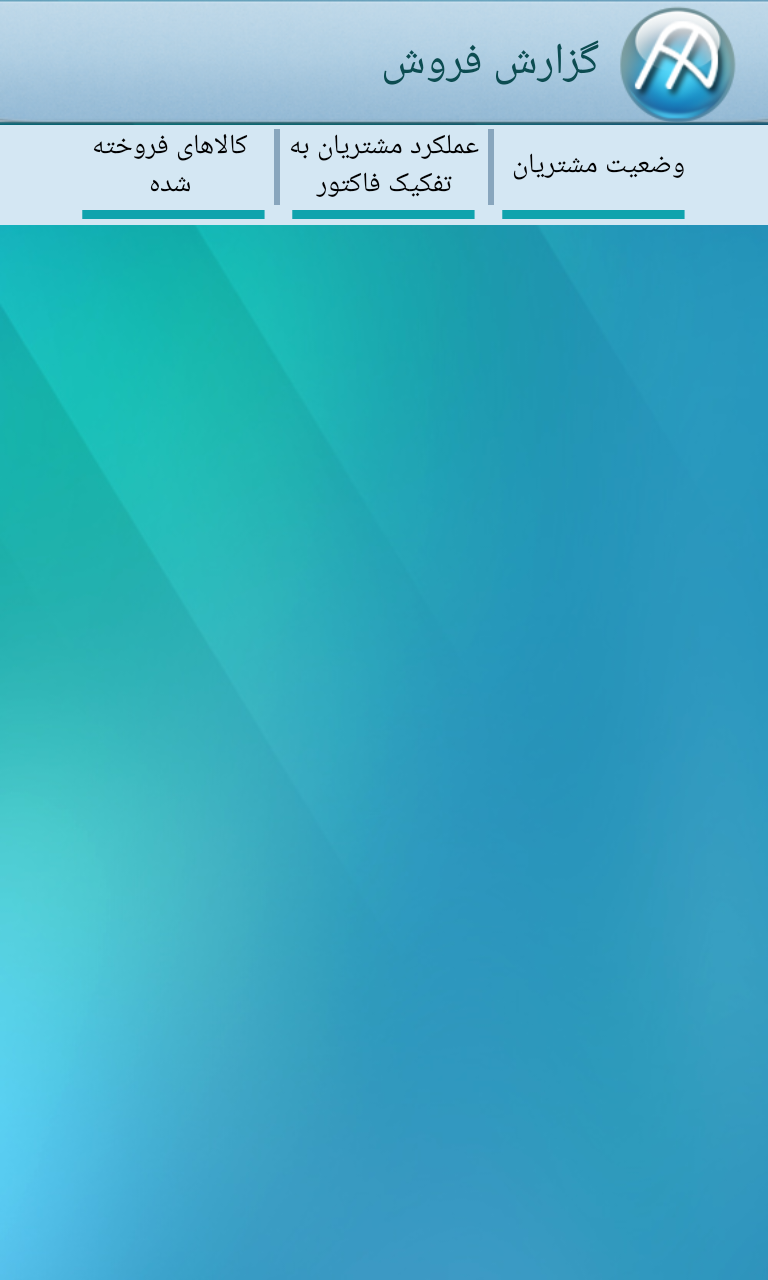
Repository: AtiehPardaz/Reports-Mobile
Layout: Reportsmobile/res/layout/activity_forosh.xml
These files come from the project's save history. The layout is drawn as it stood at one moment and after the next save; the edit follows.
It is drawn on a 768 x 1280 px phone screen (xhdpi) without system bars, with theme Theme.behzad; the app's code is not run. Lists and similar views that code fills are empty.

Above is the layout before, as saved 2015-03-14 12:42:21.

### Reportsmobile/res/layout/activity_forosh.xml
<RelativeLayout xmlns:android="http://schemas.android.com/apk/res/android"
    android:layout_width="fill_parent"
    android:layout_height="fill_parent"
    android:background="@drawable/backgroundsade" >

    <LinearLayout
        android:layout_width="match_parent"
        android:layout_height="match_parent"
        android:orientation="vertical" >

        <LinearLayout
            android:layout_width="match_parent"
            android:layout_height="wrap_content"
            android:background="@drawable/actionbar"
            android:gravity="right" >

            <TextView
                android:id="@+id/textView1"
                android:layout_width="wrap_content"
                android:layout_height="wrap_content"
                android:layout_gravity="center"
                android:layout_marginRight="10dp"
                android:text="گزارش فروش"
                android:textAppearance="?android:attr/textAppearanceLarge"
                android:textColor="@color/blue_titleactionbar" />

            <ImageButton
                android:id="@+id/imgbtn_menu_forosh"
                android:layout_width="wrap_content"
                android:layout_height="wrap_content"
                android:layout_gravity="center"
                android:layout_marginRight="15dp"
                android:background="@drawable/homebutton"
                android:onClick="btnmenu"
                android:src="@drawable/btn_clickmenu" />
        </LinearLayout>

        <LinearLayout
            android:layout_width="match_parent"
            android:layout_height="40dp"
            android:background="@color/blue_actionbar2color"
            android:gravity="center"
            android:orientation="horizontal" >

            <Button
                android:id="@+id/tabbtn_kala_forosh"
                android:layout_width="100dp"
                android:layout_height="wrap_content"
                android:background="@color/blue_actionbar2color"
                android:text="کالاهای فروخته شده"
                android:textSize="14sp" />

            <View
                android:id="@+id/View02"
                android:layout_width="3dp"
                android:layout_height="50dp"
                android:layout_gravity="top"
                android:layout_margin="2dp"
                android:background="#88a6bd" />

            <Button
                android:id="@+id/tabbtn_faktor_forosh"
                android:layout_width="100dp"
                android:layout_height="wrap_content"
                android:background="@color/blue_actionbar2color"
                android:text="عملکرد مشتریان به تفکیک فاکتور"
                android:textSize="14sp" />

            <View
                android:id="@+id/View03"
                android:layout_width="3dp"
                android:layout_height="50dp"
                android:layout_gravity="top"
                android:layout_margin="2dp"
                android:background="#88a6bd" />

            <Button
                android:id="@+id/tabbtn_customer_forosh"
                android:layout_width="100dp"
                android:layout_height="wrap_content"
                android:background="@color/blue_actionbar2color"
                android:text="وضعیت مشتریان"
                android:textSize="14sp" />
        </LinearLayout>

        <LinearLayout
            android:layout_width="match_parent"
            android:layout_height="10dp"
            android:layout_gravity="center"
            android:background="@color/blue_actionbar2color"
            android:gravity="center" >

            <ImageButton
                android:id="@+id/imgbtn_underline_forokhte_forosh"
                android:layout_width="100dp"
                android:layout_height="wrap_content"
                android:layout_marginRight="5dp"
                android:background="@drawable/underline" />

            <ImageButton
                android:id="@+id/imgbtn_underline_faktor_forosh"
                android:layout_width="100dp"
                android:layout_height="wrap_content"
                android:layout_marginRight="5dp"
                android:background="@drawable/underline" />

            <ImageButton
                android:id="@+id/imgbtn_underline_customer_forosh"
                android:layout_width="100dp"
                android:layout_height="wrap_content"
                android:background="@drawable/underline" />
        </LinearLayout>

        <LinearLayout
            android:layout_width="match_parent"
            android:layout_height="match_parent"
            android:orientation="vertical" >

            <android.support.v4.view.ViewPager
                android:id="@+id/pagerforosh"
                android:layout_width="match_parent"
                android:layout_height="match_parent" >
            </android.support.v4.view.ViewPager>
        </LinearLayout>
    </LinearLayout>

    <LinearLayout
        android:id="@+id/linearmenu_forosh"
        android:layout_width="match_parent"
        android:layout_height="match_parent"
        android:background="@drawable/backmenutransparent"
        android:gravity="right"
        android:visibility="gone" >

        <LinearLayout
            android:layout_width="wrap_content"
            android:layout_height="wrap_content"
            android:layout_gravity="center|top"
            android:layout_marginRight="2dp"
            android:layout_marginTop="55dp"
            android:background="@drawable/menubackground"
            android:gravity="right|center"
            android:orientation="vertical" >

            <ImageButton
                android:id="@+id/imgbtn_forosh_forosh"
                android:layout_width="wrap_content"
                android:layout_height="wrap_content"
                android:layout_marginTop="5dp"
                android:background="@drawable/btnforosh"
                android:src="@drawable/btn_click" />

            <ImageButton
                android:id="@+id/imgbtn_khazane_forosh"
                android:layout_width="wrap_content"
                android:layout_height="wrap_content"
                android:background="@drawable/btnkhazane"
                android:src="@drawable/btn_click" />

            <ImageButton
                android:id="@+id/imgbtn_hesabdari_forosh"
                android:layout_width="wrap_content"
                android:layout_height="wrap_content"
                android:background="@drawable/btnhesabdari"
                android:src="@drawable/btn_click" />

            <ImageButton
                android:id="@+id/imgbtn_kala_forosh"
                android:layout_width="wrap_content"
                android:layout_height="wrap_content"
                android:background="@drawable/btnkala"
                android:src="@drawable/btn_click" />

            <ImageButton
                android:id="@+id/imgbtn_domain_forosh"
                android:layout_width="wrap_content"
                android:layout_height="wrap_content"
                android:layout_marginBottom="5dp"
                android:background="@drawable/btndomain"
                android:src="@drawable/btn_click" />
        </LinearLayout>
    </LinearLayout>

</RelativeLayout>

### Reportsmobile/res/values/colors.xml
<?xml version="1.0" encoding="utf-8"?>
<resources>

    <color name="first_row_text_color">#000000</color>
    <color name="holidays_text_color">#FF0000</color>
    <color name="first_row_background_color">#DDDDDD</color>

    <!-- solely used on QiblaCompassView -->
    <color name="background_color">#6E97B9</color>
    <color name="marker_color">#FFFFFF</color>
    <color name="text_color">#000000</color>
    <color name="bg_action_green">#3BB18E</color>
    <color name="bg_action_gray"> #dddddd</color>
    <color name="white_color"> #ffffff</color>
    <color name="blue_titlecolor"> #293897</color>
     <color name="blue_actionbar2color"> #d4e7f3</color>
     <color name="blue_titleactionbar"> #0c4c51</color>



</resources>

### Reportsmobile/res/drawable/btn_clickmenu.xml
<selector xmlns:android="http://schemas.android.com/apk/res/android">
<item android:state_focused="true" android:drawable="@drawable/homebtnclick"/>
<item android:state_pressed="true" android:drawable="@drawable/homebtnclick" />
<item android:state_selected="true" android:drawable="@drawable/homebtnclick" />


</selector>

### Reportsmobile/res/drawable/btn_click.xml
<selector xmlns:android="http://schemas.android.com/apk/res/android">
<item android:state_focused="true" android:drawable="@drawable/btnclick"/>
<item android:state_pressed="true" android:drawable="@drawable/btnclick" />

</selector>

Loaded but not shown: Reportsmobile/res/values/styles.xml (common file)

After the next save:
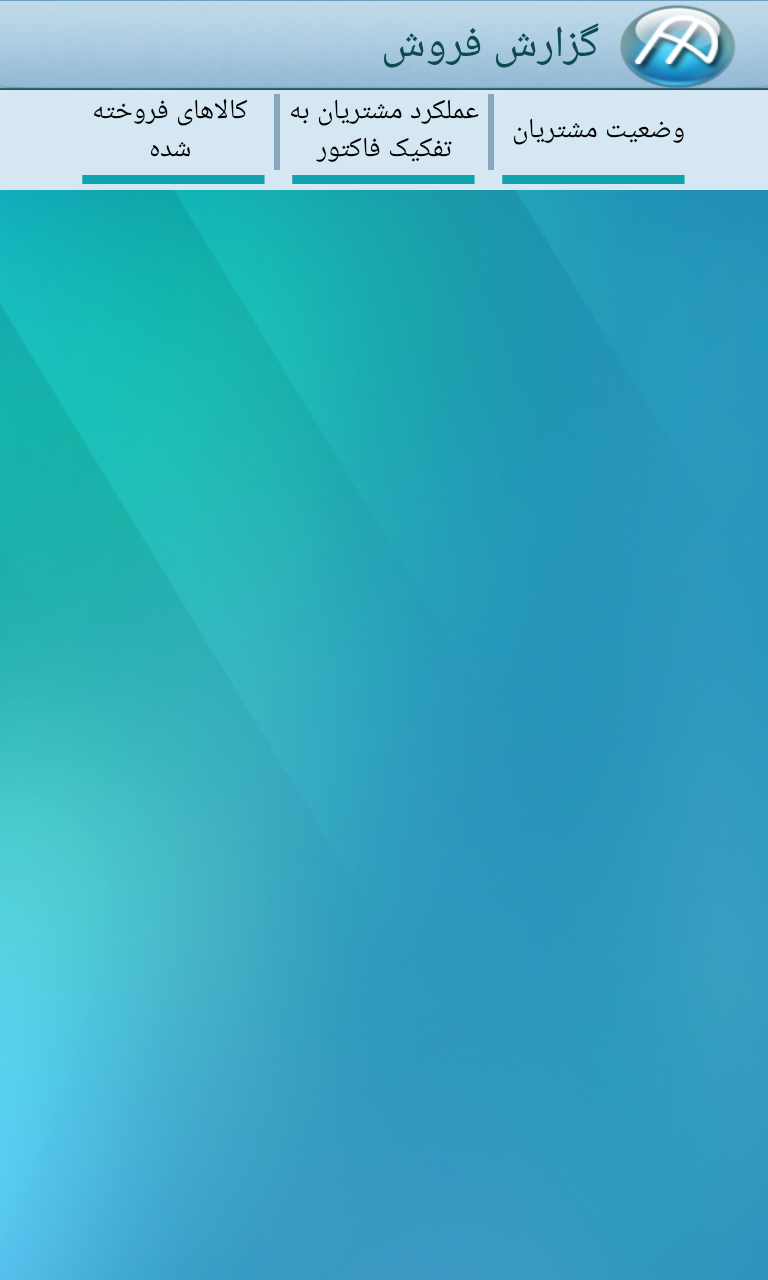
Saved 9 min 58 s later.
--- a/Reportsmobile/res/layout/activity_forosh.xml
+++ b/Reportsmobile/res/layout/activity_forosh.xml
@@ -10,7 +10,7 @@
 
         <LinearLayout
             android:layout_width="match_parent"
-            android:layout_height="wrap_content"
+            android:layout_height="45dp"
             android:background="@drawable/actionbar"
             android:gravity="right" >
 
